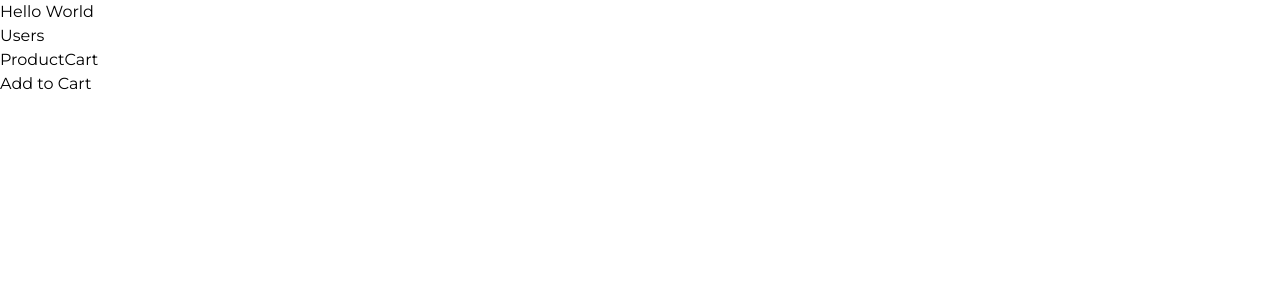
Repository: Yakyaz/myWebsite
Page: /
These files come from the project's save history. The page is drawn as it stood at one moment and after the next save; the edit follows.
The browser window is 1280 px wide. The pictures show the whole page.
The project was rebuilt for these pictures with package versions that can differ from the ones it lists, and the page was loaded fresh each time. The framework's server and built-in components were replaced by stand-ins that run in the browser. Also part of the build but not shown: next.config.js.

Above is the page before, as saved 2023-12-01 23:08:24.

### app/layout.tsx
import type { Metadata } from "next";
import { Montserrat } from "next/font/google";
import "./globals.css";

const montserrat = Montserrat({ subsets: ["latin"] });

export const metadata: Metadata = {
  title: "Create Next App",
  description: "Generated by create next app",
};

export default function RootLayout({
  children,
}: {
  children: React.ReactNode;
}) {
  return (
    <html lang="en">
      <body className={montserrat.className}>{children}</body>
    </html>
  );
}

### app/page.tsx
import ProductCart from "./components/ProductCart";
import Link from "next/link";

export default function Home() {
  return (
    <main>
      <h1 className=" text-black">Hello World</h1>
      <Link href="/users" className=" text-black">
        Users
      </Link>
      <ProductCart />
    </main>
  );
}

### app/globals.css
@tailwind base;
@tailwind components;
@tailwind utilities;

:root {
  --foreground-rgb: 0, 0, 0;

}

body {
  color: rgb(var(--foreground-rgb));
}

### app/components/ProductCart.tsx
import AddToCart from "./AddToCart";
import React from "react";

const ProductCart = () => {
  return (
    <div className="text-black">
      <p> ProductCart</p>
      <AddToCart />
    </div>
  );
};

export default ProductCart;

### app/components/AddToCart.tsx
"use client";
import React from "react";

const AddToCart = () => {
  return (
    <div>
      <button onClick={() => console.log("click")}>Add to Cart</button>
    </div>
  );
};

export default AddToCart;

Loaded but not shown: tailwind.config.ts (common file)

After the next save:
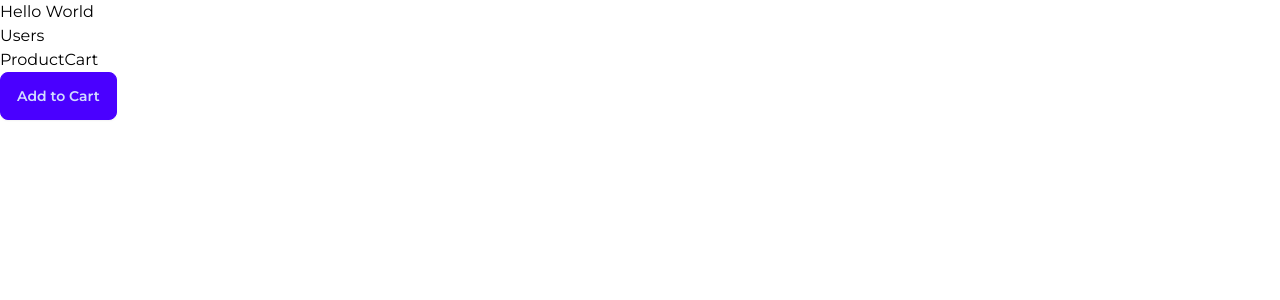
Saved 2 min 15 s later.
--- a/app/components/AddToCart.tsx
+++ b/app/components/AddToCart.tsx
@@ -4,7 +4,9 @@ import React from "react";
 const AddToCart = () => {
   return (
     <div>
-      <button onClick={() => console.log("click")}>Add to Cart</button>
+      <button className="btn btn-primary" onClick={() => console.log("click")}>
+        Add to Cart
+      </button>
     </div>
   );
 };
